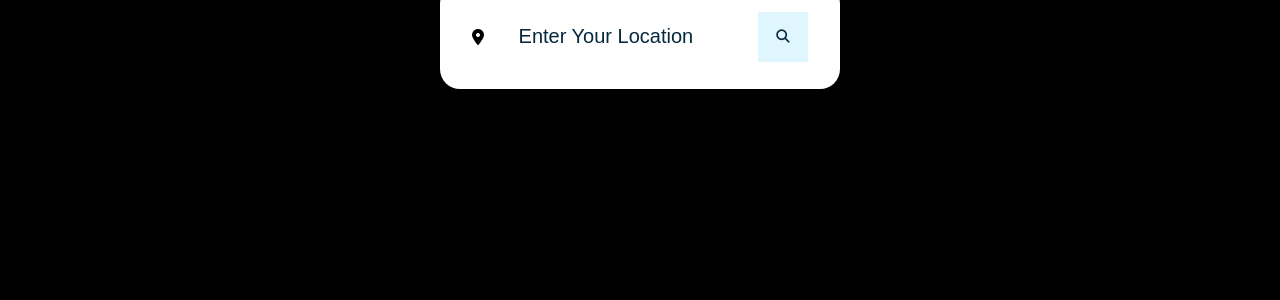
Repository: Pr1s0n3r627/weather
Page: index.html
An editor plug-in stored every save of this project. The page is shown before and after the next save, followed by the edit.
The browser window is 1280 px wide. The pictures show the whole page.
Some web libraries are served in a nearby version.

Above is the page before, as saved 2024-05-18 23:03:58.
Not found: index.js

After the next save:
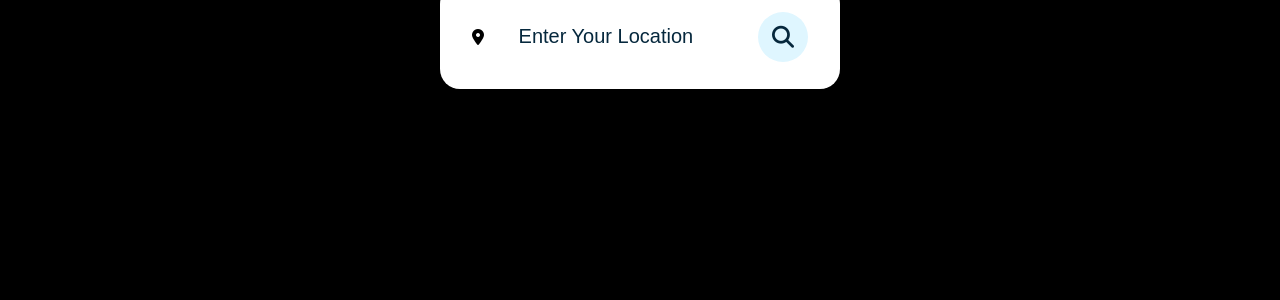
Saved 65 s later.
--- a/style.css
+++ b/style.css
@@ -55,5 +55,8 @@ body{
     width: 50px;
     height: 50px;
     color: #06283d;
-    background: #dff6ff
+    background: #dff6ff;
+    border-radius: 50%;
+    font-size: 22px;
+    transition: 0.4s ease;
 }
